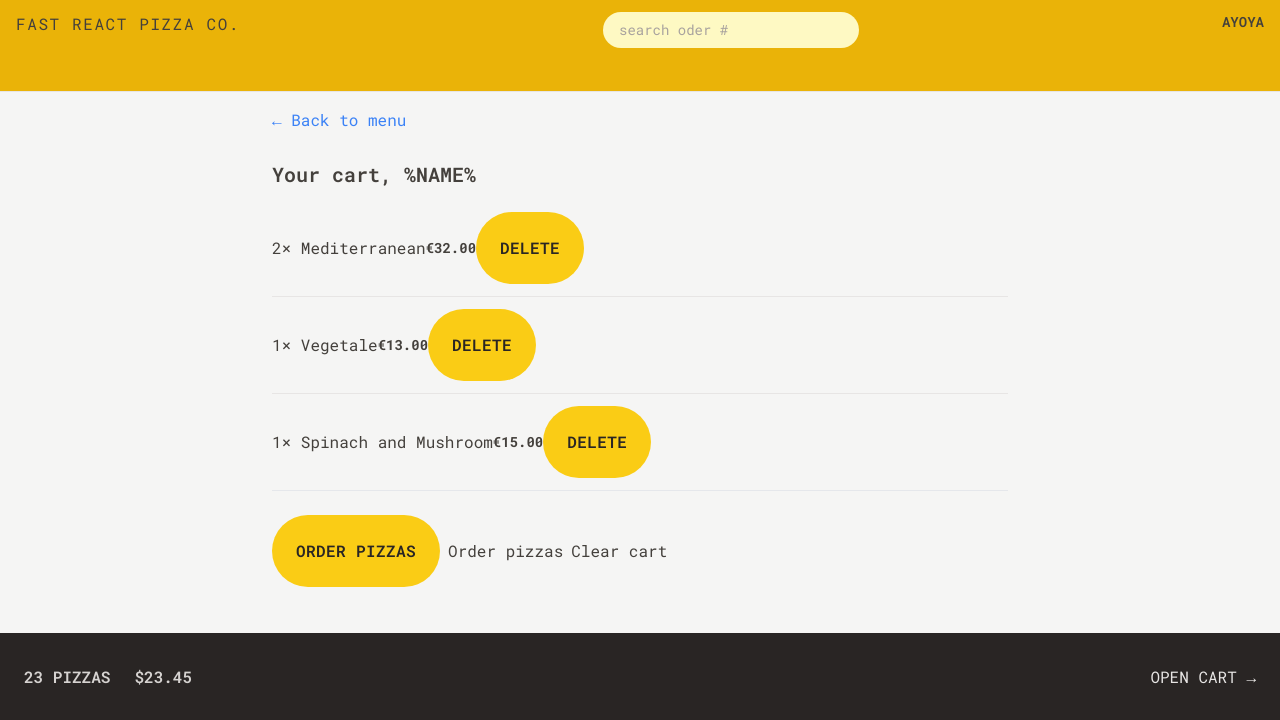
Repository: ayakhaled0001/pizza-delivery
Page: /cart
The author's editor kept a copy of each file at every save. The page is drawn from the files as they stood at one save, then again after the next save.
The browser window is 1280 px wide. The pictures show the whole page.
The project was rebuilt for these pictures with package versions that can differ from the ones it lists, and the page was loaded fresh each time. Also part of the build but not shown: vite.config.js, src/features/user/CreateUser.jsx, src/ui/Home.jsx, src/services/apiRestaurant.jsx, src/features/menu/MenuItem.jsx, src/features/menu/Menu.jsx, src/features/order/Order.jsx, src/ui/Loader.jsx and 1 more. Imported but missing from the stored project, and not drawn on this page: src/features/order/CreateOrder.

Above is the page before, as saved 2025-05-01 15:29:25.

After the next save:
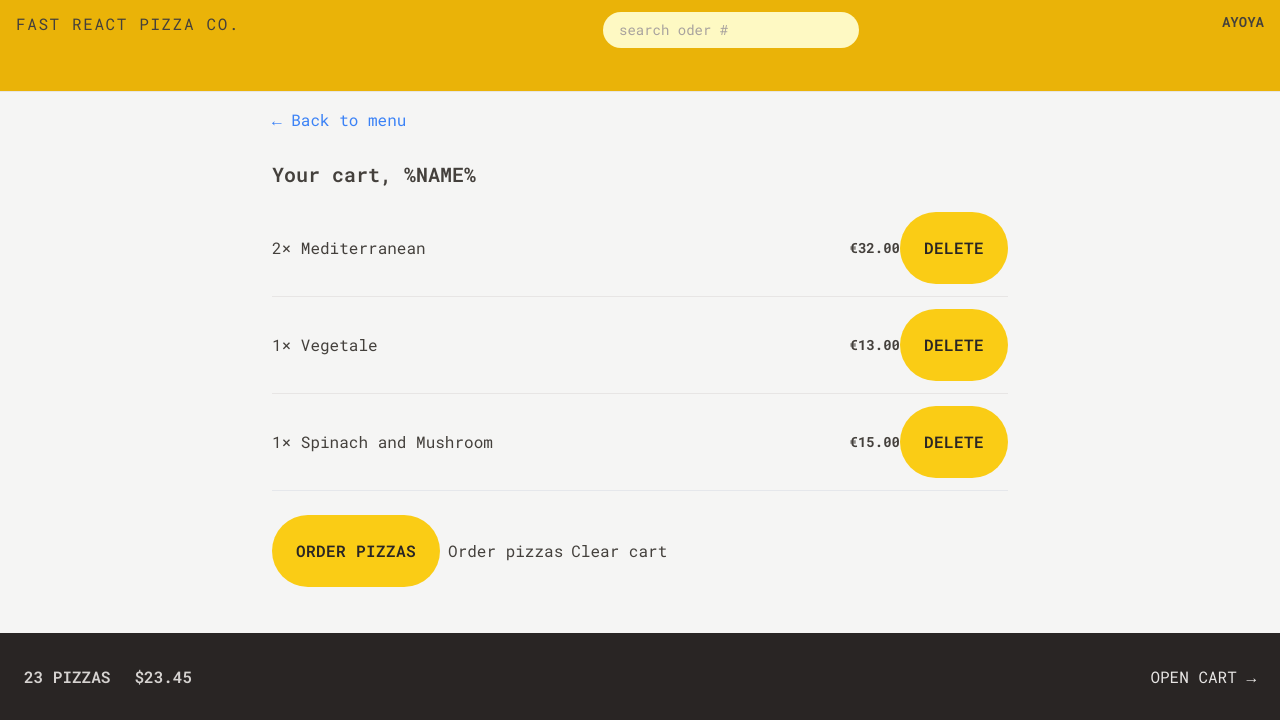
Saved 9 s later.
--- a/src/features/cart/CartItem.jsx
+++ b/src/features/cart/CartItem.jsx
@@ -5,7 +5,7 @@ function CartItem({ item }) {
   const { pizzaId, name, quantity, totalPrice } = item;
 
   return (
-    <li className="py-3 sm:flex sm:items-center">
+    <li className="py-3 sm:flex sm:items-center sm:justify-between">
       <p>
         {quantity}&times; {name}
       </p>
